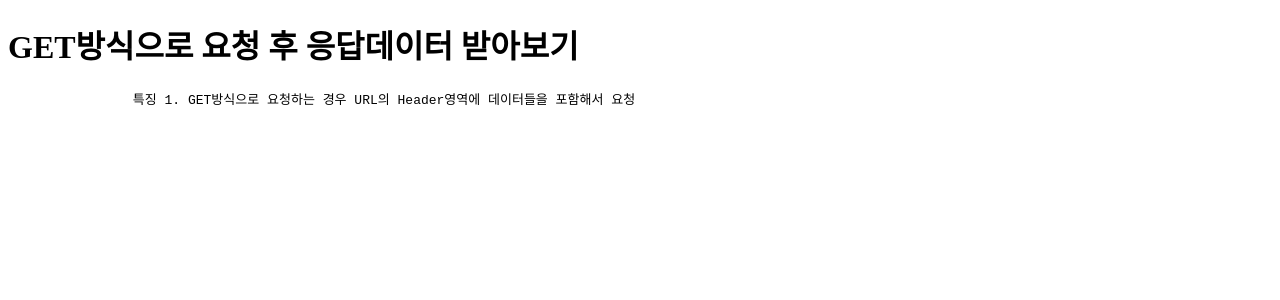
Repository: Rostreaca/0922_Web
Page: MyFirstWebProject/src/main/webapp/views/request_get.html
The author's editor kept a copy of each file at every save. The page is drawn from the files as they stood at one save, then again after the next save.
The browser window is 1280 px wide. The pictures show the whole page.

Above is the page before, as saved 2025-09-22 07:38:02.

### MyFirstWebProject/src/main/webapp/views/request_get.html
<!DOCTYPE html>
<html>
<head>
<meta charset="UTF-8">
<title>Get 방식 요청 테스트</title>
<style>
	ul {
		list-style : none;
		line-height : 200%;
	}
</style>
</head>
<body>
	<h1>GET방식으로 요청 후 응답데이터 받아보기</h1>

	<pre>
		특징 1. GET방식으로 요청하는 경우 URL의 Header영역에 데이터들을 포함해서 요청


	</pre>









</body>
</html>

After the next save:
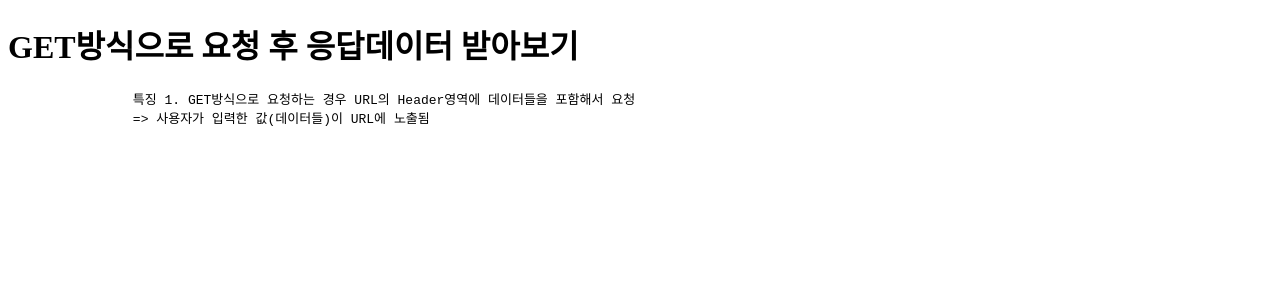
Saved 82 s later.
--- a/MyFirstWebProject/src/main/webapp/views/request_get.html
+++ b/MyFirstWebProject/src/main/webapp/views/request_get.html
@@ -15,7 +15,7 @@
 
 	<pre>
 		특징 1. GET방식으로 요청하는 경우 URL의 Header영역에 데이터들을 포함해서 요청
-
+		=> 사용자가 입력한 값(데이터들)이 URL에 노출됨 <br>
 
 	</pre>
 
